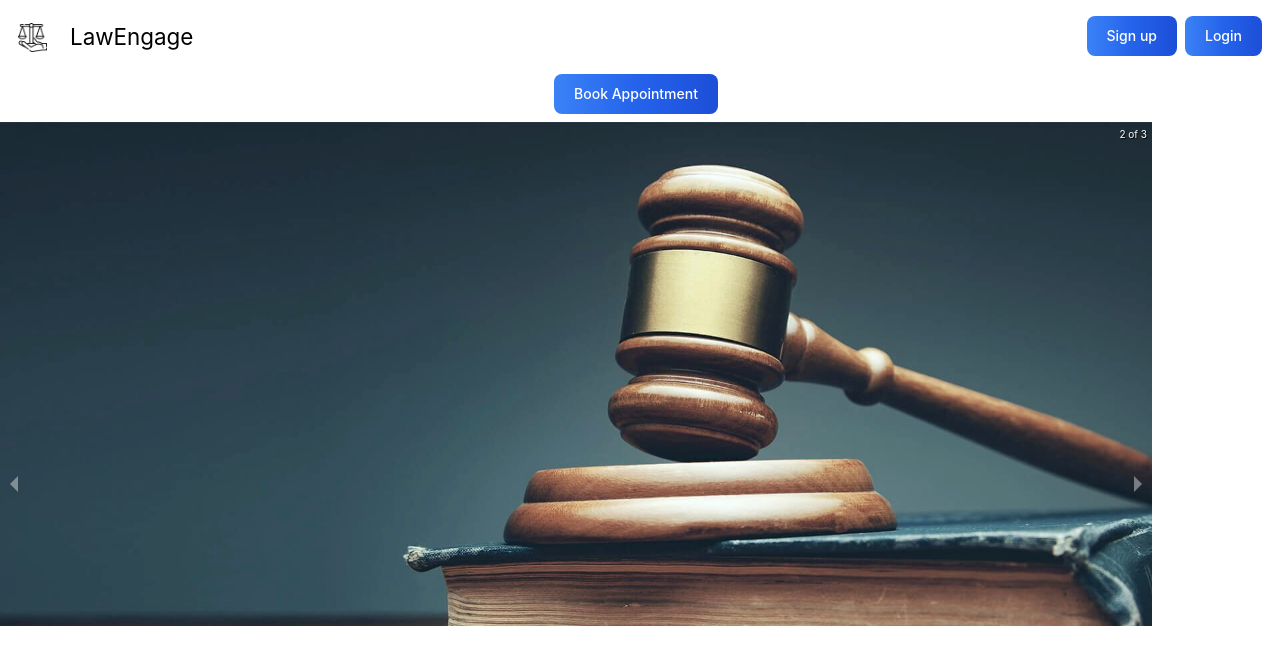
Repository: khushijain8/Lawyer-appointment-application
Page: / (app in frontend/)
These files come from the project's save history. The page is drawn as it stood at one moment and after the next save; the edit follows.
The browser window is 1280 px wide. The pictures show the whole page.
The project was rebuilt for these pictures with package versions that can differ from the ones it lists, and the page was loaded fresh each time. Also part of the build but not shown: frontend/src/App.css, frontend/src/components/Signup/Signup.css, frontend/src/components/Signup/Signup.jsx, frontend/src/components/Login/Login.css, frontend/src/components/Login/Login.jsx, frontend/src/components/LawyerContainer/LawyerContainer.css, frontend/src/components/LawyerContainer/LawyerContainer.jsx, frontend/src/components/Book/Book.jsx and 4 more.

Above is the page before, as saved 2025-01-23 02:45:46.

After the next save:
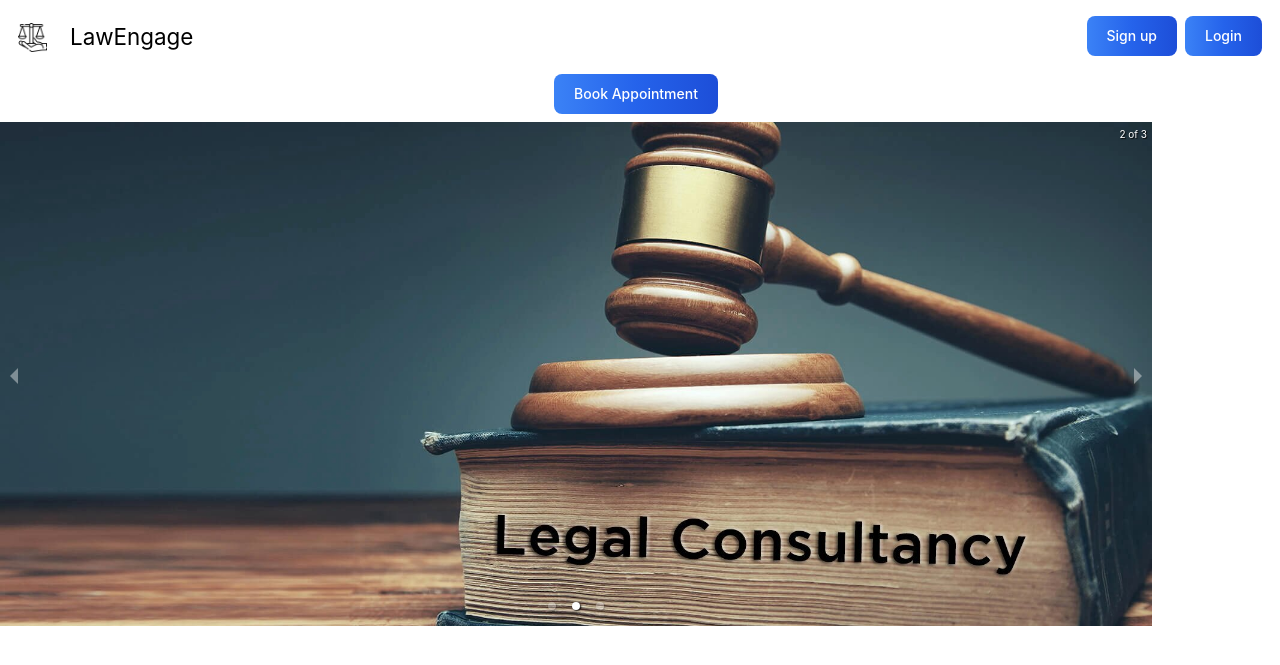
Saved 18 s later.
--- a/frontend/src/components/FrontPage/FrontPage.jsx
+++ b/frontend/src/components/FrontPage/FrontPage.jsx
@@ -20,13 +20,13 @@ function FrontPage() {
           transitionTime={500}
         >
           <div>
-            <img src={slide1} alt="Slide 1" style={{ width: '90%', height: '100vh', objectFit: 'cover' }} />
+            <img src={slide1} alt="Slide 1" style={{ width: '90%', height: '70vh', objectFit: 'cover' }} />
           </div>
           <div>
-            <img src={slide2} alt="Slide 2" style={{ width: '100%', height: '100vh', objectFit: 'cover' }} />
+            <img src={slide2} alt="Slide 2" style={{ width: '100%', height: '70vh', objectFit: 'cover' }} />
           </div>
           <div>
-            <img src={slide3} alt="Slide 3" style={{ width: '100%', height: '100vh', objectFit: 'cover' }} />
+            <img src={slide3} alt="Slide 3" style={{ width: '100%', height: '70vh', objectFit: 'cover' }} />
           </div>
         </Carousel>
       </Box>
